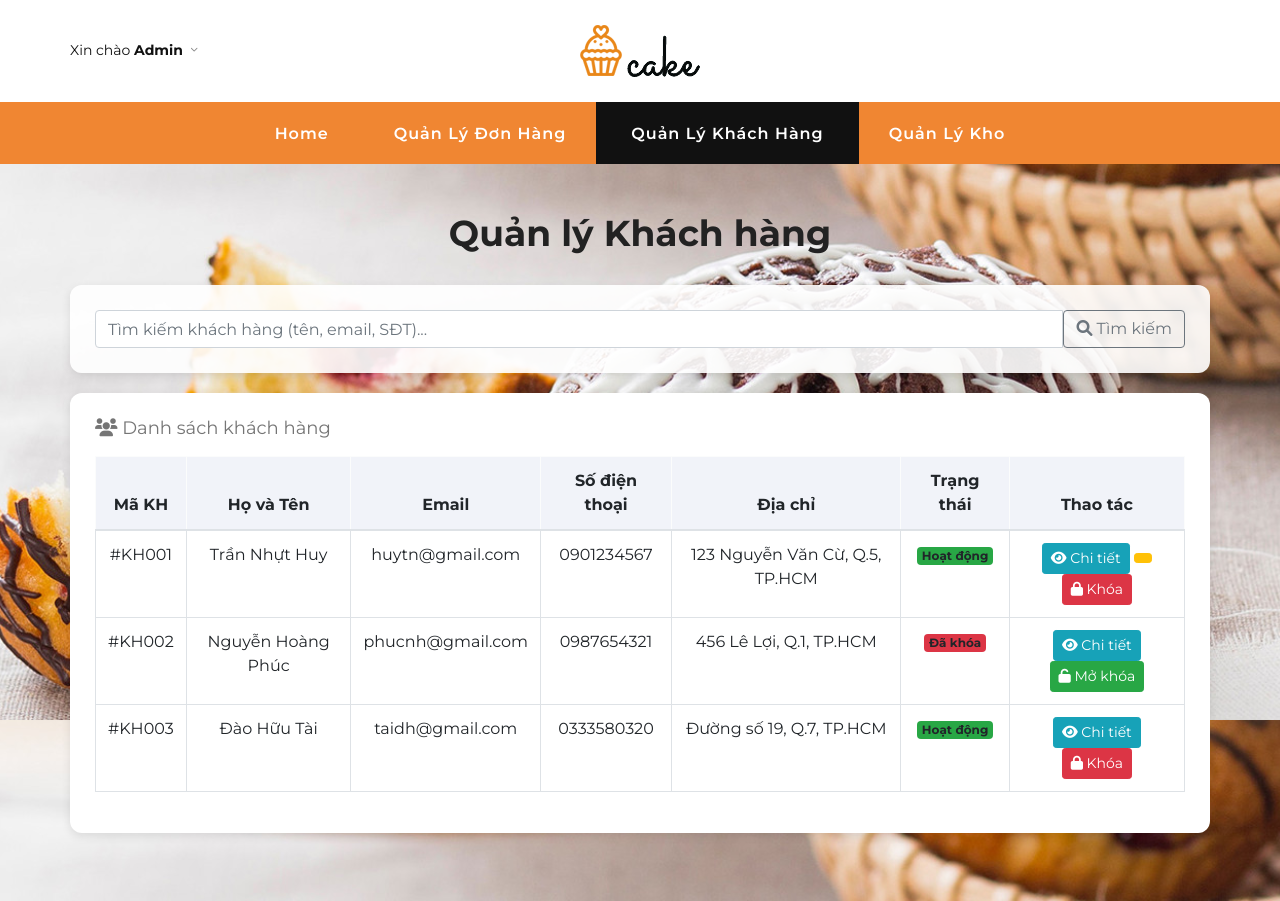
Repository: nhanto2n-byte/Nhom10ChieuThu3
Page: ProjectWeb/cake-main/admin_member.html
These files come from the project's save history. The page is drawn as it stood at one moment and after the next save; the edit follows.
The browser window is 1280 px wide. The pictures show the whole page.
Backgrounds fixed to the window are drawn as part of the page.

Above is the page before, as saved 2025-11-11 08:01:27.

### ProjectWeb/cake-main/admin_member.html
<!DOCTYPE html>
<html lang="vi">

<head>
    <meta charset="UTF-8">
    <meta name="viewport" content="width=device-width, initial-scale=1.0">
    <title>Quản lý Khách hàng</title>

    <link href="https://fonts.googleapis.com/css2?family=Playfair+Display:wght@400;500;600;700;800;900&display=swap" rel="stylesheet">
    <link href="https://fonts.googleapis.com/css2?family=Montserrat:wght@300;400;500;600;700;800;900&display=swap" rel="stylesheet">

    <link rel="stylesheet" href="css/bootstrap.min.css" type="text/css">
    <link rel="stylesheet" href="css/flaticon.css" type="text/css">
    <link rel="stylesheet" href="css/barfiller.css" type="text/css">
    <link rel="stylesheet" href="css/magnific-popup.css" type="text/css">
    <link rel="stylesheet" href="css/font-awesome.min.css" type="text/css">
    <link rel="stylesheet" href="css/elegant-icons.css" type="text/css">
    <link rel="stylesheet" href="css/nice-select.css" type="text/css">
    <link rel="stylesheet" href="css/owl.carousel.min.css" type="text/css">
    <link rel="stylesheet" href="css/slicknav.min.css" type="text/css">
    <link rel="stylesheet" href="css/style.css" type="text/css">
    <link rel="stylesheet" href="https://cdnjs.cloudflare.com/ajax/libs/font-awesome/6.0.0-beta3/css/all.min.css">
<style>
        /* ==================================== */
        /* CẤU TRÚC MENU THẢ XUỐNG (DROPDOWN) */
        /* ==================================== */

        /* 1. Thiết lập vị trí tương đối cho mục cha */
        .header__top__left ul li.has-dropdown {
            position: relative;
        }

        /* KHẮC PHỤC LỖI TÔ ĐEN TRÊN LIÊN KẾT CHA */
        .header__top__left ul li.has-dropdown > a:focus,
        .header__top__left ul li.has-dropdown > a:active {
            /* Dùng !important để ghi đè CSS từ file style.css nếu cần */
            outline: none !important;
            -webkit-tap-highlight-color: transparent;
            background-color: transparent !important;
        }

        /* 2. Thiết lập trạng thái mặc định (ẨN) cho dropdown */
        .header__top__left ul li .dropdown {
            display: none;
            position: absolute;
            top: 100%;
            left: 0;
            z-index: 100;

            /* NỀN ĐẬM CHO CHỮ TRẮNG NỔI BẬT */
            background-color: #333; /* Nền xám/đen đậm */
            border: 1px solid #555;
            box-shadow: 0 4px 10px rgba(0, 0, 0, 0.2);
            min-width: 200px;
            padding: 5px 0;
            list-style: none; /* Loại bỏ dấu chấm */
        }

        /* 3. Hiển thị menu khi di chuột vào mục cha */
        .header__top__left ul li.has-dropdown:hover > .dropdown {
            display: block;
        }

        /* 4. Định kiểu cho các mục con trong menu */
        .header__top__left ul li .dropdown li a {
            display: block;
            padding: 10px 15px;
            text-decoration: none;

            /* MÀU CHỮ TRẮNG */
            color: white;

            font-size: 16px;
            white-space: nowrap;
        }

        /* Hiệu ứng di chuột (hover) cho các mục con */
        .header__top__left ul li .dropdown li a:hover {
            background-color: #555; /* Nền xám nhẹ khi hover */
            color: #ffcc00; /* Màu nổi bật khi hover */
        }

        /* Căn giữa toàn bộ menu chính */
.header__menu ul {
    display: flex;
    justify-content: center; /* căn giữa menu */
    align-items: center;
    list-style: none;
    margin: 0;
    padding: 0;
}

/* Mỗi mục trong menu chính */
.header__menu ul li {
    position: relative;
}

/* Dropdown menu (đen, chữ trắng, tự giãn kích thước) */
.header__menu ul li .dropdown {
    display: none;
    position: absolute;
    top: 100%;
    left: 50%;
    transform: translateX(-50%);
    background-color: rgba(0, 0, 0, 0.95);
    border: 1px solid #444;
    box-shadow: 0 4px 10px rgba(0, 0, 0, 0.3);
    border-radius: 8px;
    z-index: 100;
    padding: 5px 0;

    /* Cho phép chữ xuống dòng, mở rộng nếu cần */
    white-space: normal; /* cho phép xuống dòng */
    width: auto;         /* tự mở rộng theo nội dung */
    min-width: 230px;    /* kích thước tối thiểu */
    max-width: 300px;    /* tránh quá rộng */
    word-wrap: break-word; /* ngắt dòng nếu chữ dài liền */
}

/* Hiện dropdown khi hover */
.header__menu ul li:hover > .dropdown {
    display: block;
}

/* Các item trong dropdown */
.header__menu ul li .dropdown li {
    display: block;
}

/* Liên kết trong dropdown */
.header__menu ul li .dropdown li a {
    display: block;
    padding: 10px 18px;
    color: #fff;
    text-decoration: none;
    font-size: 15px;
    font-weight: 500;
    transition: background 0.2s, color 0.2s;
    line-height: 1.4; /* giúp dòng chữ cân đối khi xuống dòng */
}

/* Hover đẹp */
.header__menu ul li .dropdown li a:hover {
    background-color: #333;
    color: #ffcc00;
}

/* Hiệu ứng trượt mở */
.header__menu ul li .dropdown {
    opacity: 0;
    visibility: hidden;
    transform: translate(-50%, 10px);
    transition: all 0.25s ease;
}
.header__menu ul li:hover > .dropdown {
    opacity: 1;
    visibility: visible;
    transform: translate(-50%, 0);
}

    </style>
    <style>
     body {
    background: url('img/hero/hero-1.jpg') no-repeat center center fixed;
    background-size: cover;
    font-family: 'Montserrat', sans-serif;
    color: #222;
  }

  h2 {
    font-weight: 700;
    margin-bottom: 30px;
    color: #222;
  }

  .card {
    border: none;
    border-radius: 12px;
    box-shadow: 0 3px 10px rgba(0, 0, 0, 0.1);
    margin-bottom: 20px;
    padding: 25px;
    background-color: rgba(255, 255, 255, 0.9); /* 💡 nền trắng mờ để đọc rõ trên ảnh */
  }

  .table th {
    background-color: #f1f3f9;
  }

  input[name="page"] {
    display: none;
  }

  #page1Content,
  #page2Content {
    display: none;
    animation: fade 0.4s ease;
  }

  #page1:checked~.book #page1Content {
    display: block;
  }

  #page2:checked~.book #page2Content {
    display: block;
  }

  .controls {
    text-align: center;
    margin-top: 15px;
  }

  .controls label {
    display: inline-block;
    background-color: #e9ecef;
    border-radius: 20px;
    padding: 6px 16px;
    margin: 0 5px;
    cursor: pointer;
    transition: all 0.3s;
    font-weight: 500;
  }

  #page1:checked~.controls label[for="page1"],
  #page2:checked~.controls label[for="page2"] {
    background-color: #0d6efd;
    color: white;
  }

  @keyframes fade {
    from { opacity: 0; }
    to { opacity: 1; }
  }

  .btn-add {
    margin-bottom: 20px;
  }
    </style>
</head>

<body>
    <div id="preloder">
        <div class="loader"></div>
    </div>

    <header class="header">
        <div class="header__top">
            <div class="container">
                <div class="row">
                    <div class="col-lg-12">
                        <div class="header__top__inner">
                            <div class="header__top__left">
                                <ul>
                                    <li class="has-dropdown">
                                            Xin chào <strong>Admin</strong>
                                            <span class="arrow_carrot-down"></span>
                                        </a>
                                        <ul class="dropdown">

                                            <li><a href="./admin_login.html">Log out</a></li>
                                        </ul>
                                    </li>
                                </ul>
                            </div>
                            <div class="header__logo">
                                <a href="./#.html"><img src="img/logo.png" alt=""></a>
                            </div>
                        </div>
                    </div>
                </div>
                <div class="canvas__open"><i class="fa fa-bars"></i></div>
            </div>
        </div>
        <div class="container">
            <div class="row">
                <div class="col-lg-12">
                    <nav class="header__menu mobile-menu">
                        <ul>
                            <li><a href="./admin_home.html">Home</a></li>
                            <li><a href="./admin_product.html">Quản Lý Đơn Hàng</a></li>
                            <li class="active"><a href="./admin_member.html">Quản Lý Khách Hàng</a></li>
                            <li><a href="#">Quản Lý Kho</a>
                                <ul class="dropdown">
                                    <li><a href="./admin_category.html">Quản Lý Danh Mục Sản Phẩm</a></li>
                                    <li><a href="./admin_import.html">Quản Lý Nhập Sản Phẩm</a></li>
                                    <li><a href="./admin_selling.html">Quản Lý Giá Bán</a></li>
                                    <li><a href="./admin_quantity.html">Quản Lý Số Lượng Tồn</a></li>
                                    <li><a href="./admin_type.html">Quản Lý Loại Sản Phẩm</a></li>
                                </ul>
                            </li>
                        </ul>
                    </nav>
                </div>
            </div>
        </div>
    </header>
    <div class="container py-5">
        <h2 class="text-center">Quản lý Khách hàng</h2>

        <div class="card">
             <div class="input-group">
                <input type="text" class="form-control" placeholder="Tìm kiếm khách hàng (tên, email, SĐT)...">
                <button class="btn btn-outline-secondary" type="button"><i class="fa fa-search"></i> Tìm kiếm</button>
            </div>
        </div>

        <div class="card bg-white">
            <h5><i class="fa-solid fa-users"></i> Danh sách khách hàng</h5>
            <div class="table-responsive mt-3">
                <table class="table table-bordered text-center align-middle">
                    <thead class="table-light">
                        <tr>
                            <th>Mã KH</th>
                            <th>Họ và Tên</th>
                            <th>Email</th>
                            <th>Số điện thoại</th>
                            <th>Địa chỉ</th>
                            <th>Trạng thái</th>
                            <th>Thao tác</th>
                        </tr>
                    </thead>
                    <tbody>
  <tr>
    <td>#KH001</td>
    <td>Trần Nhựt Huy</td>
    <td>huytn@gmail.com</td>
    <td>0901234567</td>
    <td>123 Nguyễn Văn Cừ, Q.5, TP.HCM</td>
    <td><span class="badge bg-success">Hoạt động</span></td>
    <td class="action-buttons">
      <button class="btn btn-info btn-sm btn-view">
        <i class="fa-solid fa-eye"></i> Chi tiết
      </button>
      <button class="btn btn-warning btn-sm" data-bs-toggle="modal" data-bs-target="#resetPasswordModal">

      </button>
      <button class="btn btn-danger btn-sm btn-lock">
        <i class="fa-solid fa-lock"></i> Khóa
      </button>
    </td>
  </tr>
  <tr>
    <td>#KH002</td>
    <td>Nguyễn Hoàng Phúc</td>
    <td>phucnh@gmail.com</td>
    <td>0987654321</td>
    <td>456 Lê Lợi, Q.1, TP.HCM</td>
    <td><span class="badge bg-danger">Đã khóa</span></td>
    <td class="action-buttons">
      <button class="btn btn-info btn-sm btn-view">
        <i class="fa-solid fa-eye"></i> Chi tiết
      </button>

      </button>
      <button class="btn btn-success btn-sm btn-unlock">
        <i class="fa-solid fa-unlock"></i> Mở khóa
      </button>
    </td>
  </tr>
  <tr>
    <td>#KH003</td>
    <td>Đào Hữu Tài</td>
    <td>taidh@gmail.com</td>
    <td>0333580320</td>
    <td>Đường số 19, Q.7, TP.HCM</td>
    <td><span class="badge bg-success">Hoạt động</span></td>
    <td class="action-buttons">
      <button class="btn btn-info btn-sm btn-view">
        <i class="fa-solid fa-eye"></i> Chi tiết
      </button>


      </button>
      <button class="btn btn-danger btn-sm btn-lock">
        <i class="fa-solid fa-lock"></i> Khóa
      </button>
    </td>
  </tr>
</tbody>

                </table>
            </div>
        </div>
    </div>

    <div class="modal fade" id="resetPasswordModal" tabindex="-1" aria-labelledby="resetPasswordModalLabel" aria-hidden="true">
        <div class="modal-dialog">
            <div class="modal-content">
                <div class="modal-header bg-warning">
                    <h5 class="modal-title" id="resetPasswordModalLabel"><i class="fa-solid fa-triangle-exclamation"></i> Xác nhận Reset Mật khẩu</h5>
                    <button type="button" class="btn-close" data-bs-dismiss="modal" aria-label="Close"></button>
                </div>
                <div class="modal-body">
                    Bạn có chắc chắn muốn reset mật khẩu cho khách hàng này không? Mật khẩu mới sẽ được gửi đến email của họ.
                </div>
                <div class="modal-footer">
                    <button type="button" class="btn btn-secondary" data-bs-dismiss="modal">Hủy</button>
                    <button type="button" class="btn btn-warning">Đồng ý</button>
                </div>
            </div>
        </div>
    </div>

    <script src="js/jquery-3.3.1.min.js"></script>
    <script src="js/bootstrap.min.js"></script>
    <script src="js/jquery.nice-select.min.js"></script>
    <script src="js/jquery.barfiller.js"></script>
    <script src="js/jquery.magnific-popup.min.js"></script>
    <script src="js/jquery.slicknav.js"></script>
    <script src="js/owl.carousel.min.js"></script>
    <script src="js/jquery.nicescroll.min.js"></script>
    <script src="js/main.js"></script>
    <script src="https://cdn.jsdelivr.net/npm/bootstrap@5.3.2/dist/js/bootstrap.bundle.min.js"></script>


<script>
document.addEventListener('click', function(e) {
  const btn = e.target.closest('.btn-lock, .btn-unlock');
  if (!btn) return; // nếu không nhấn vào 2 nút này thì bỏ qua

  const row = btn.closest('tr');
  const badge = row.querySelector('.badge');

  if (btn.classList.contains('btn-lock')) {
    // Khi đang là nút "Khóa" → đổi sang "Mở khóa"
    badge.classList.replace('bg-success', 'bg-danger');
    badge.textContent = 'Đã khóa';
    btn.innerHTML = '<i class="fa-solid fa-unlock"></i> Mở khóa';
    btn.classList.replace('btn-danger', 'btn-success');
    btn.classList.replace('btn-lock', 'btn-unlock');
  } else {
    // Khi đang là nút "Mở khóa" → đổi sang "Khóa"
    badge.classList.replace('bg-danger', 'bg-success');
    badge.textContent = 'Hoạt động';
    btn.innerHTML = '<i class="fa-solid fa-lock"></i> Khóa';
    btn.classList.replace('btn-success', 'btn-danger');
    btn.classList.replace('btn-unlock', 'btn-lock');
  }
});

// ✅ Xử lý khi ấn “Đồng ý” trong modal reset mật khẩu
document.querySelector('#resetPasswordModal .btn-warning').addEventListener('click', function() {
  // Ẩn modal
  const modal = bootstrap.Modal.getInstance(document.getElementById('resetPasswordModal'));
  modal.hide();

  // Hiển thị thông báo
  setTimeout(() => {
    alert('✅ Mật khẩu đã được reset thành công và gửi đến email của khách hàng!');
  }, 300);
});
</script>
<script>
document.addEventListener('click', function(e) {
  const btn = e.target.closest('.btn-view');
  if (!btn) return;

  // Khi click "Chi tiết" → chuyển trang
  window.location.href = 'member_profile.html';
});
</script>


</body>
</html>

### ProjectWeb/cake-main/css/barfiller.css
.barfiller {
    width:100%;
    height:12px;
    background:#fcfcfc;
    border:1px solid #ccc;
    position:relative;
    margin-bottom:20px;
    box-shadow: inset 1px 4px 9px -6px rgba(0,0,0,.5);
    -moz-box-shadow: inset 1px 4px 9px -6px rgba(0,0,0,.5);
}

.barfiller .fill {
    display:block;
    position:relative;
    width:0px;
    height:100%;
    background:#333;
    z-index:1;
}

.barfiller .tipWrap {
    display:none;
}

.barfiller .tip {
    margin-top:-30px;
    padding:2px 4px;
    font-size:11px;
    color:#fff;
    left:0px;
    position:absolute;
    z-index:2;
    background: #333;
}

.barfiller .tip:after {
    border:solid;
    border-color:rgba(0,0,0,.8) transparent;
    border-width:6px 6px 0 6px;
    content:"";
    display:block;
    position:absolute;
    left:9px;
    top:100%;
    z-index:9
}

Loaded but not shown: ProjectWeb/cake-main/css/bootstrap.min.css (library); ProjectWeb/cake-main/css/flaticon.css (common file); ProjectWeb/cake-main/css/magnific-popup.css (library); ProjectWeb/cake-main/css/font-awesome.min.css (library); ProjectWeb/cake-main/css/nice-select.css (common file); ProjectWeb/cake-main/css/owl.carousel.min.css (library); ProjectWeb/cake-main/css/slicknav.min.css (common file); ProjectWeb/cake-main/js/jquery-3.3.1.min.js (library); ProjectWeb/cake-main/js/bootstrap.min.js (library); ProjectWeb/cake-main/js/jquery.nice-select.min.js (common file); ProjectWeb/cake-main/js/jquery.barfiller.js (library); ProjectWeb/cake-main/js/jquery.magnific-popup.min.js (library); ProjectWeb/cake-main/js/jquery.slicknav.js (library); ProjectWeb/cake-main/js/owl.carousel.min.js (library); ProjectWeb/cake-main/js/jquery.nicescroll.min.js (library); ProjectWeb/cake-main/js/main.js (235 lines, source omitted); ProjectWeb/cake-main/css/style.css (4080 lines, source omitted); ProjectWeb/cake-main/css/elegant-icons.css (1157 lines, source omitted)

After the next save:
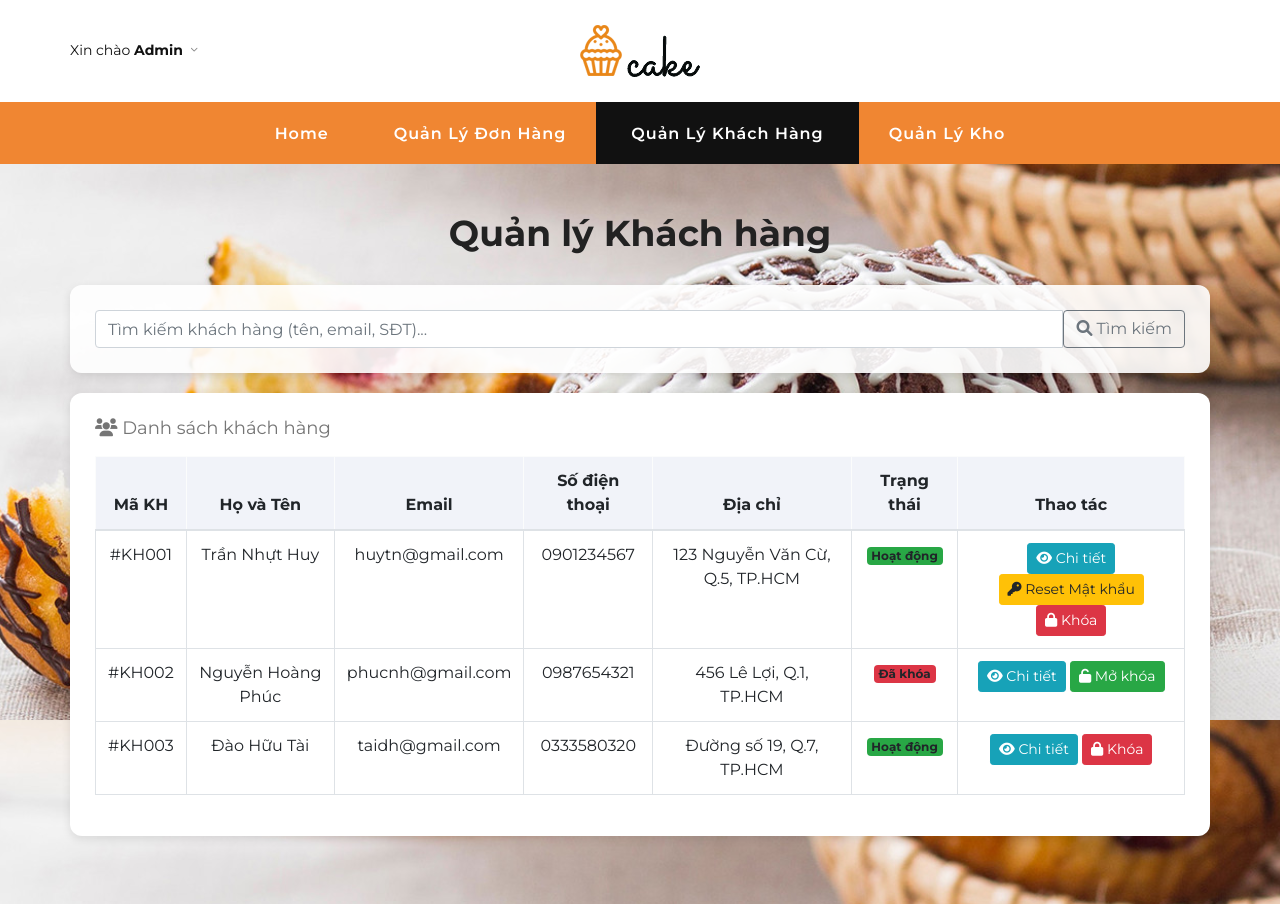
Saved 10 s later.
--- a/ProjectWeb/cake-main/admin_member.html
+++ b/ProjectWeb/cake-main/admin_member.html
@@ -331,7 +331,7 @@
         <i class="fa-solid fa-eye"></i> Chi tiết
       </button>
       <button class="btn btn-warning btn-sm" data-bs-toggle="modal" data-bs-target="#resetPasswordModal">
-
+        <i class="fa-solid fa-key"></i> Reset Mật khẩu
       </button>
       <button class="btn btn-danger btn-sm btn-lock">
         <i class="fa-solid fa-lock"></i> Khóa

After the save that followed:
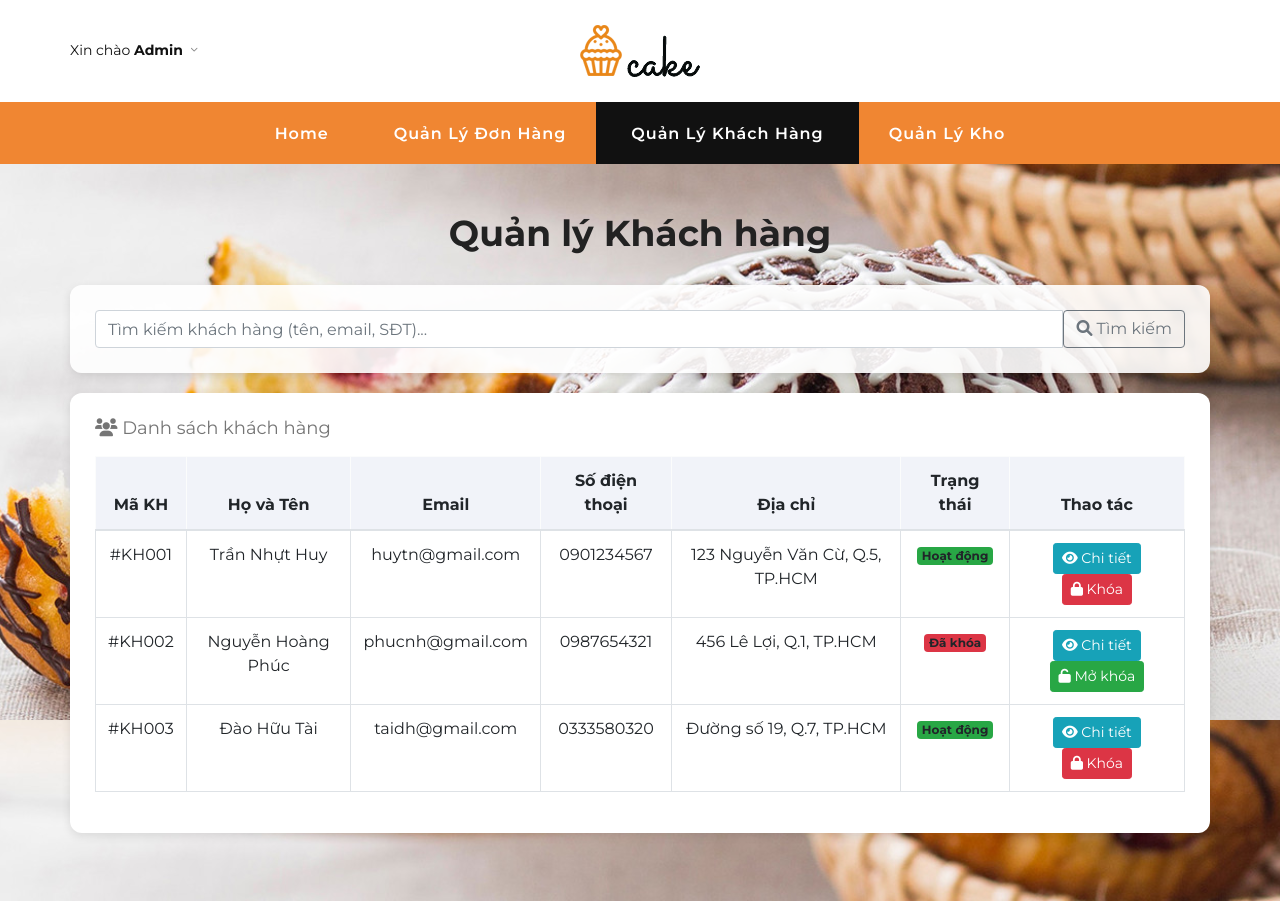
Console error: TypeError: Cannot read properties of null (reading 'addEventListener')
Saved 2 min 3 s later.
--- a/ProjectWeb/cake-main/admin_member.html
+++ b/ProjectWeb/cake-main/admin_member.html
@@ -319,6 +319,9 @@
                         </tr>
                     </thead>
                     <tbody>
+
+
+  <tbody>
   <tr>
     <td>#KH001</td>
     <td>Trần Nhựt Huy</td>
@@ -330,14 +333,12 @@
       <button class="btn btn-info btn-sm btn-view">
         <i class="fa-solid fa-eye"></i> Chi tiết
       </button>
-      <button class="btn btn-warning btn-sm" data-bs-toggle="modal" data-bs-target="#resetPasswordModal">
-        <i class="fa-solid fa-key"></i> Reset Mật khẩu
-      </button>
       <button class="btn btn-danger btn-sm btn-lock">
         <i class="fa-solid fa-lock"></i> Khóa
       </button>
     </td>
   </tr>
+
   <tr>
     <td>#KH002</td>
     <td>Nguyễn Hoàng Phúc</td>
@@ -349,13 +350,12 @@
       <button class="btn btn-info btn-sm btn-view">
         <i class="fa-solid fa-eye"></i> Chi tiết
       </button>
-
-      </button>
       <button class="btn btn-success btn-sm btn-unlock">
         <i class="fa-solid fa-unlock"></i> Mở khóa
       </button>
     </td>
   </tr>
+
   <tr>
     <td>#KH003</td>
     <td>Đào Hữu Tài</td>
@@ -367,38 +367,12 @@
       <button class="btn btn-info btn-sm btn-view">
         <i class="fa-solid fa-eye"></i> Chi tiết
       </button>
-
-
-      </button>
       <button class="btn btn-danger btn-sm btn-lock">
         <i class="fa-solid fa-lock"></i> Khóa
       </button>
     </td>
   </tr>
 </tbody>
-
-                </table>
-            </div>
-        </div>
-    </div>
-
-    <div class="modal fade" id="resetPasswordModal" tabindex="-1" aria-labelledby="resetPasswordModalLabel" aria-hidden="true">
-        <div class="modal-dialog">
-            <div class="modal-content">
-                <div class="modal-header bg-warning">
-                    <h5 class="modal-title" id="resetPasswordModalLabel"><i class="fa-solid fa-triangle-exclamation"></i> Xác nhận Reset Mật khẩu</h5>
-                    <button type="button" class="btn-close" data-bs-dismiss="modal" aria-label="Close"></button>
-                </div>
-                <div class="modal-body">
-                    Bạn có chắc chắn muốn reset mật khẩu cho khách hàng này không? Mật khẩu mới sẽ được gửi đến email của họ.
-                </div>
-                <div class="modal-footer">
-                    <button type="button" class="btn btn-secondary" data-bs-dismiss="modal">Hủy</button>
-                    <button type="button" class="btn btn-warning">Đồng ý</button>
-                </div>
-            </div>
-        </div>
-    </div>
 
     <script src="js/jquery-3.3.1.min.js"></script>
     <script src="js/bootstrap.min.js"></script>
